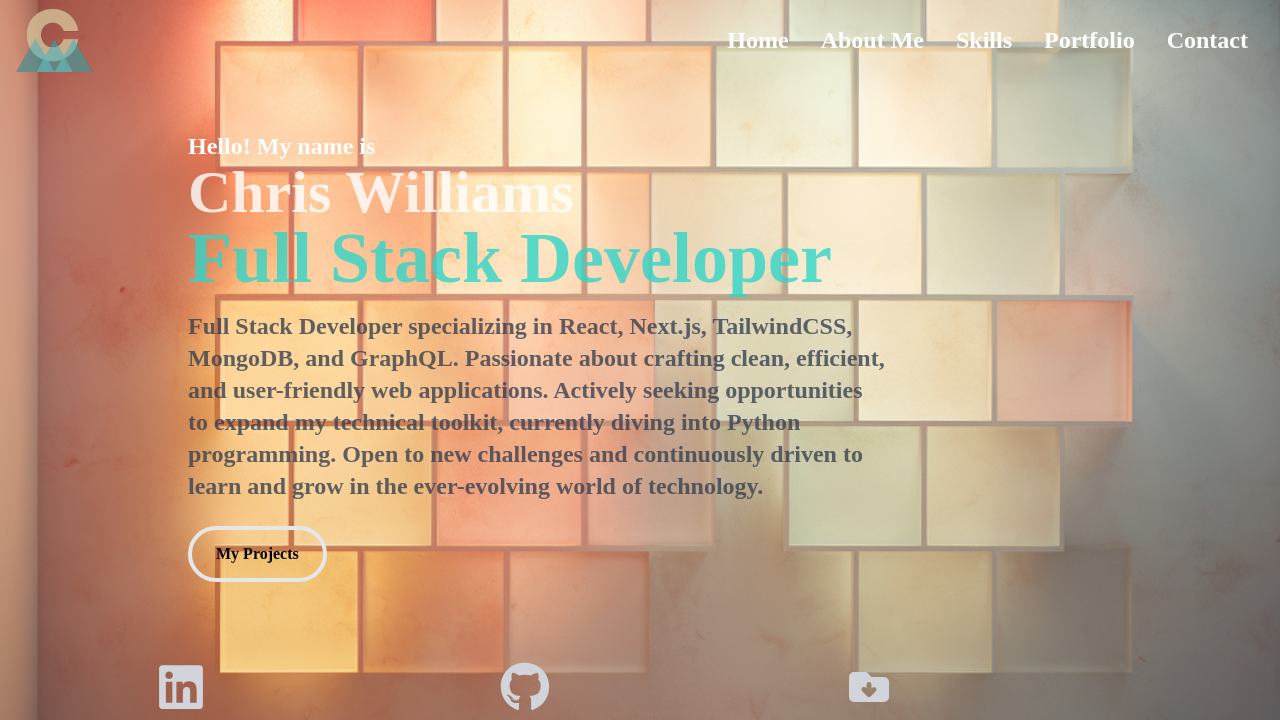
Repository: ChrisT303/portfolio-react
Page: /
These files come from the project's save history. The page is drawn as it stood at one moment and after the next save; the edit follows.
The browser window is 1280 px wide. The pictures show the whole page.
The project was rebuilt for these pictures with package versions that can differ from the ones it lists, and the page was loaded fresh each time. Also part of the build but not shown: src/components/AboutMe.js, src/data/LogoData.js, src/components/Experience.js, src/components/Modal.js, src/components/Contact.js, src/data/ProjectData.js, src/components/Work.js.

Above is the page before, as saved 2023-09-28 17:48:38.

### src/index.css
@tailwind base;
@tailwind components;
@tailwind utilities;

@import url("https://fonts.googleapis.com/css2?family=Raleway:wght@300;400;500;600;700;800;900&display=swap");

@layer base {
  body {
    @apply font-[Raleway];
  }
  li {
    @apply px-4;
    @apply cursor-pointer;
  }
}

.nav-hover {
  @apply hover:animate-pulse hover:text-[#30D5C8];
}

.text-main {
  @apply text-[#212020];
}

.peach {
  @apply text-[#212020] text-opacity-80;
}

.bdr {
  @apply border-[#30D5C8];
}

.form-bg {
  @apply bg-[#ccd6f6];
}

.hero-btn {
  @apply text-black font-bold border-4 rounded-full px-6 py-3 my-2 flex items-center hover:animate-pulse duration-100 hover:bg-[#30D5C8] hover:border-[#3e7a7a] hover:font-black;
}

.con-btn {
  @apply text-main border-2 hover:bg-[#30D5C8] hover:border-[#3e7a7a] hover:font-bold px-4 py-3 my-8 mx-auto flex items-center;
}
.modal-btn {
  @apply text-black border-4 rounded-lg hover:bg-[#30D5C8] hover:border-[#3e7a7a] hover:font-bold px-3 py-2 my-8 mx-auto flex justify-between items-center;
}

@media (min-width: 768px) {
  .hovereffect {
    width: 100%;
    height: 400px;
    float: left;
    overflow: hidden;
    position: relative;
    text-align: center;
    cursor: default;
  }

  .hovereffect .overlay {
    width: 100%;
    height: 100%;
    position: absolute;
    overflow: hidden;
    left: 0;
    background-color: rgba(255, 255, 255, 0.7);
    top: -200px;
    opacity: 0;
    filter: alpha(opacity=0);
    -webkit-transition: all 0.1s ease-out 0.5s;
    transition: all 0.1s ease-out 0.5s;
    display: flex;
    flex-direction: column;
    justify-content: center;
    align-items: center;
    gap: 20px;

  }

  .hovereffect:hover .overlay {
    opacity: 1;
    filter: alpha(opacity=100);
    top: 0px;
    -webkit-transition-delay: 0s;
    transition-delay: 0s;
  }

  .hovereffect img {
    display: block;
    position: relative;
  }

  .hovereffect h2 {
    text-transform: uppercase;
    color: #feb8c5;
    text-align: center;
    position: relative;
    font-size: 17px;
    padding: 10px;
    background: rgba(0, 0, 0, 0.6);
    -webkit-transform: translateY(-200px);
    -ms-transform: translateY(-200px);
    transform: translateY(-200px);
    -webkit-transition: all ease-in-out 0.1s;
    transition: all ease-in-out 0.1s;
    -webkit-transition-delay: 0.3s;
    transition-delay: 0.3s;
  }

  .hovereffect:hover h2 {
    -webkit-transform: translateY(0px);
    -ms-transform: translateY(0px);
    transform: translateY(0px);
    -webkit-transition-delay: 0.3s;
    transition-delay: 0.3s;
  }

  .hovereffect a.info {
    display: inline-block;
    text-decoration: none;
    padding: 7px 14px;
    text-transform: uppercase;
    margin: 50px 20px 0 0;
    background-color: transparent;
    -webkit-transform: translateY(-200px);
    -ms-transform: translateY(-200px);
    transform: translateY(-200px);
    color: #000;
    border: 1px solid #000;
    -webkit-transition: all ease-in-out 0.3s;
    transition: all ease-in-out 0.3s;
  }

  .hovereffect a.info:hover {
    box-shadow: 0 0 5px #fff;
  }

  .hovereffect:hover a.info {
    -webkit-transform: translateY(0px);
    -ms-transform: translateY(0px);
    transform: translateY(0px);
    box-shadow: 0 0 5px #000;
    color: #000;
    border: 1px solid #000;
    -webkit-transition-delay: 0.3s;
    transition-delay: 0.3s;
  }
}

a.info:hover {
  color: #6cc644;
}

.bounce {
  display: inline-block;
  position: relative;
  -moz-animation: bounce 0.5s infinite linear;
  -o-animation: bounce 0.5s infinite linear;
  -webkit-animation: bounce 0.5s infinite linear;
  animation: bounce 0.5s infinite linear;
}

.backdrop {
  position: fixed;
  top: 0;
  left: 0;
  width: 100%;
  height: 100vh;
  z-index: 10;
  background: rgba(0, 0, 0, 0.75);
}

.modalPos {
  position: fixed;
  top: 30vh;
  left: 10%;
  width: 80%;
  z-index: 100;
  overflow: hidden;
}

.header {
  background: #31708e;
  padding: 1rem;
}

.header h2 {
  margin: 0;
  color: white;
  font-weight: bold;
}

.content {
  display: flex;
  justify-content: space-between;
  padding: 1rem;
  background: white;
}

.actions {
  padding: 1rem;
  display: flex;
  justify-content: flex-end;
}

.project-image {
  width: 100%;
  height: 400px;
  object-fit: cover;
}

.button-container {
  display: flex;
  justify-content: center;
  gap: 20px;
  margin-top: 20px;
}

.tech-container {
  display: flex;
  justify-content: center;
  gap: 5px;
  flex-wrap: wrap;
}

.tooltip {
  visibility: hidden;
  background-color: #555;
  color: #fff;
  text-align: center;
  padding: 5px 10px;
  border-radius: 6px;
  position: absolute;
  z-index: 1;
  bottom: 100%;
  left: 50%;
  margin-left: -60px;
  opacity: 0;
  transition: opacity 0.3s;
}

.tooltip::after {
  content: "";
  position: absolute;
  top: 100%;
  left: 50%;
  margin-left: -5px;
  border-width: 5px;
  border-style: solid;
  border-color: #555 transparent transparent transparent;
}

.container:hover .tooltip {
  visibility: visible;
  opacity: 1;
}



@media (min-width: 768px) {
  .modalPos {
    left: calc(50% - 20rem);
    width: 40rem;
  }
}

@media (max-width: 768px) {
  footer {
    display: none;
  }
}

### src/App.js

import Navigation from "./components/Navigation";
import Hero from "./components/Hero";
import AboutMe from "./components/AboutMe";
// import Footer from "./components/Footer";
import Experience from "./components/Experience";
import Contact from "./components/Contact";
import Work from "./components/Work";
import React from "react";
import { HashRouter as Router, Routes, Route } from "react-router-dom";


const App = () => {
  return (
    <Router>
      <Navigation />
      <Routes>
        <Route path="/" element={<Hero />} />
        <Route path="/about" element={<AboutMe />} />
        <Route path="/experience" element={<Experience />} />
        <Route path="/work" element={<Work />} />
        <Route path="/contact" element={<Contact />} />
      </Routes>
      {/* <Footer /> */}
    </Router>
  );
};



export default App;

### src/components/Navigation.js
import React, { useState } from "react";
import { NavLink } from "react-router-dom";
import { FaBars, FaTimes } from "react-icons/fa";
import Logo from "../assets/newlogo.png";
import Footer from "./Footer";

const Navigation = () => {
  const [nav, setNav] = useState(false);
  const handleClick = () => setNav(!nav);

  return (
    <div className="fixed w-full h-[80px] flex justify-between items-center px-4 bg-inherit text-main text-2xl font-semibold z-10">
      <div>
        <img src={Logo} alt="Logo" className="hidden md:flex h-16" />
      </div>
      <ul className="hidden md:flex">
        <li>
          <NavLink to="/" className="nav-hover text-white">
            Home
          </NavLink>
        </li>
        <li>
          <NavLink to="/about" className="nav-hover text-white">
            About Me
          </NavLink>
        </li>
        <li>
          <NavLink to="/experience" className="nav-hover text-white">
            Skills
          </NavLink>
        </li>
        <li>
          <NavLink to="/work" className="nav-hover text-white">
            Portfolio
          </NavLink>
        </li>
        <li>
          <NavLink to="/contact" className="nav-hover text-white">
            Contact
          </NavLink>
        </li>
      </ul>

      <div onClick={handleClick} className="md:hidden z-100">
        {!nav ? <FaBars /> : <FaTimes />}
      </div>
      <ul
        className={
          !nav
            ? "hidden"
            : "absolute top-0 left-0 w-full h-screen main flex flex-col justify-center items-center bg-black md:bg-black "
        }
      >
        <li className="py-6 text-4xl">
          <NavLink
            onClick={handleClick}
            to="/"
            className="nav-hover text-white"
          >
            Home
          </NavLink>
        </li>
        <li className="py-6 text-4xl">
          <NavLink
            onClick={handleClick}
            to="/about"
            className="nav-hover text-white"
          >
            About Me
          </NavLink>
        </li>
        <li className="py-6 text-4xl">
          <NavLink
            onClick={handleClick}
            to="/experience"
            className="nav-hover text-white"
          >
            Skills
          </NavLink>
        </li>
        <li className="py-6 text-4xl">
          <NavLink
            onClick={handleClick}
            to="/work"
            className="nav-hover text-white"
          >
            Portfolio
          </NavLink>
        </li>
        <li className="py-6 text-4xl">
          <NavLink
            onClick={handleClick}
            to="/contact"
            className="nav-hover text-white"
          >
            Contact
          </NavLink>
        </li>
        {nav && <Footer hideOnMobile={!nav} />}
      </ul>
    </div>
  );
};

export default Navigation;

### src/components/Hero.js
import React from "react";
import { NavLink } from "react-router-dom";
import Footer from "./Footer";

const Hero = () => {
  return (
    <div className="w-full h-screen  bg-eyes  bg-cover bg-center">
      <div className="max-w-[1000px] mx-auto px-12 flex flex-col justify-center  h-full">
        <p className="text-white text-2xl font-bold "> Hello! My name is </p>
        <h1 className="text-3xl sm:text-6xl font-bold text-white text-opacity-80">
          Chris Williams
        </h1>
        <h2 className="text-3xl sm:text-7xl font-bold text-[#30D5C8] text-opacity-80">
          Full Stack Developer
        </h2>
        <p className="text-gray-700 font-bold py-4 text-l sm:text-2xl max-w-[700px] text-opacity-80">
        Full Stack Developer specializing in React, Next.js, TailwindCSS, MongoDB, and GraphQL. Passionate about crafting clean, efficient, and user-friendly web applications. Actively seeking opportunities to expand my technical toolkit, currently diving into Python programming. Open to new challenges and continuously driven to learn and grow in the ever-evolving world of technology.

        </p>
        <div className="text-white">
          <button className="hero-btn">
            <NavLink to="/work">My Projects</NavLink>
          </button>
        </div>
      </div>
      <Footer />
    </div>
  );
};

export default Hero;

### src/components/Footer.js
import React from "react";
import { FaLinkedin, FaGithub } from "react-icons/fa";
import { HiFolderDownload } from "react-icons/hi";

const Footer = ({ hideOnMobile = false }) => {
  if (hideOnMobile) {
    return null;
  }

  return (
    <footer className="bg-inherit fixed bottom-0 left-0 w-full ">
      <div>
        <div>
          <div className="max-w-[1000px] mx-auto pt-4 pb-2">
            <ul className="w-full space-y-2 grid grid-cols-3 auto-cols-max mb-0 gap-8 justify-center">
              <li>
                <a
                  href="https://www.linkedin.com/in/christopher-williams-368b29201/"
                  className="text-gray-300 group hover:text-[#0072b1]"
                >
                  <h2 className="invisible md:group-hover:visible md:group-hover:animate-bounce pt-2">
                    LinkedIn
                  </h2>
                  <FaLinkedin size={50} />
                </a>
              </li>
              <li>
                <a
                  href="https://github.com/deftonechris"
                  className="text-gray-300 group hover:text-[#6cc644]"
                >
                  <h2 className="invisible md:group-hover:visible md:group-hover:animate-bounce">
                    GitHub
                  </h2>
                  <FaGithub size={50} />
                </a>
              </li>
              <li>
                <a
                  href="https://drive.google.com/file/d/1F9QXAFgH3DuC2GkPuuiRkouwcBjN8J8z/view?usp=drive_link"
                  className="text-gray-300 group hover:text-red-600"
                >
                  <h2 className="invisible md:group-hover:visible md:group-hover:animate-bounce">
                    Resume
                  </h2>
                  <HiFolderDownload size={50} />
                </a>
              </li>
            </ul>
          </div>
        </div>
      </div>
    </footer>
  );
};

export default Footer;

### tailwind.config.js
/** @type {import('tailwindcss').Config} */
module.exports = {
  content: ["./src/**/*.{js,jsx,ts,tsx}"],
  theme: {
    extend: {
      backgroundImage: {
        eyes: "url('./assets/wallPatern.png')",
      },
    },
  },
  plugins: [],
};

Loaded but not shown: public/index.html (common file); src/index.js (common file)

After the next save:
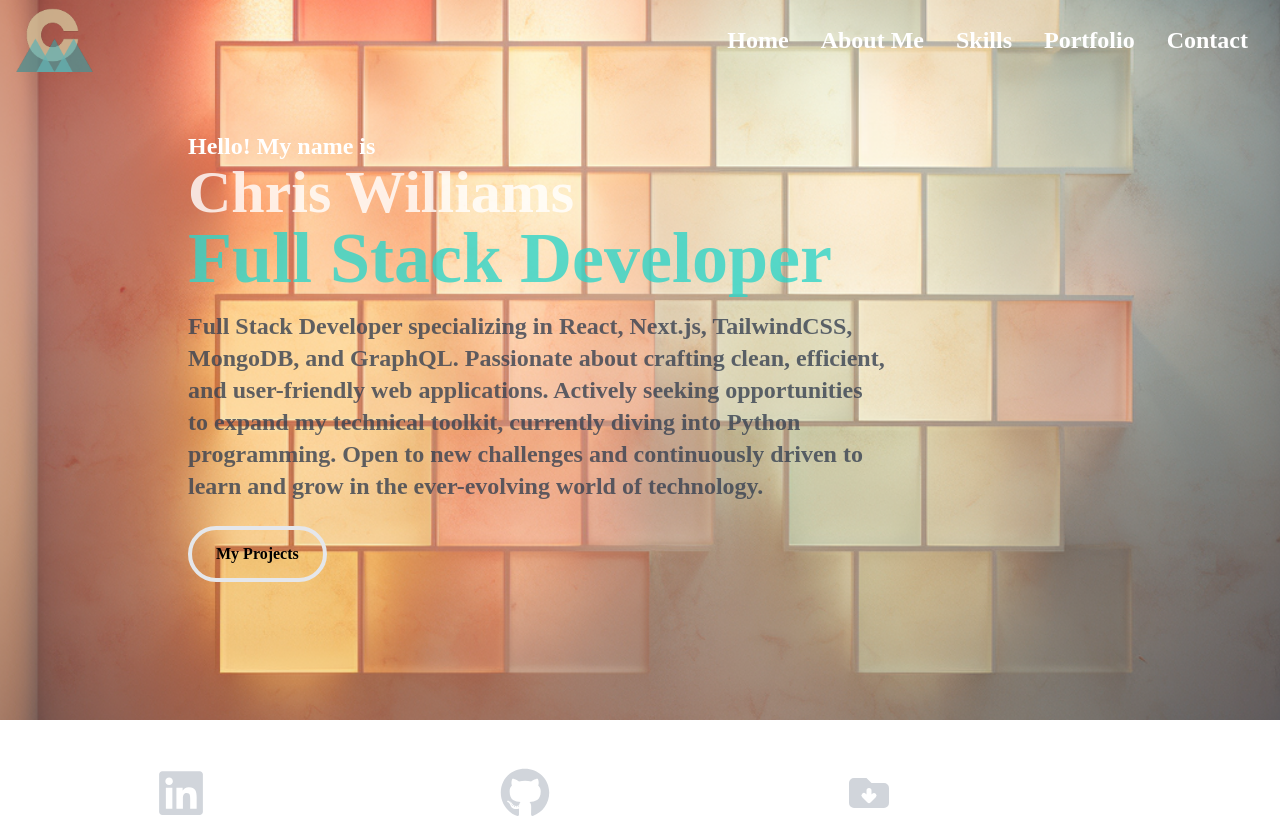
Saved 25 s later.
--- a/src/components/Footer.js
+++ b/src/components/Footer.js
@@ -8,7 +8,7 @@
   }
 
   return (
-    <footer className="bg-inherit fixed bottom-0 left-0 w-full ">
+    <footer className="bg-inherit  bottom-0 left-0 w-full ">
       <div>
         <div>
           <div className="max-w-[1000px] mx-auto pt-4 pb-2">

After the save that followed:
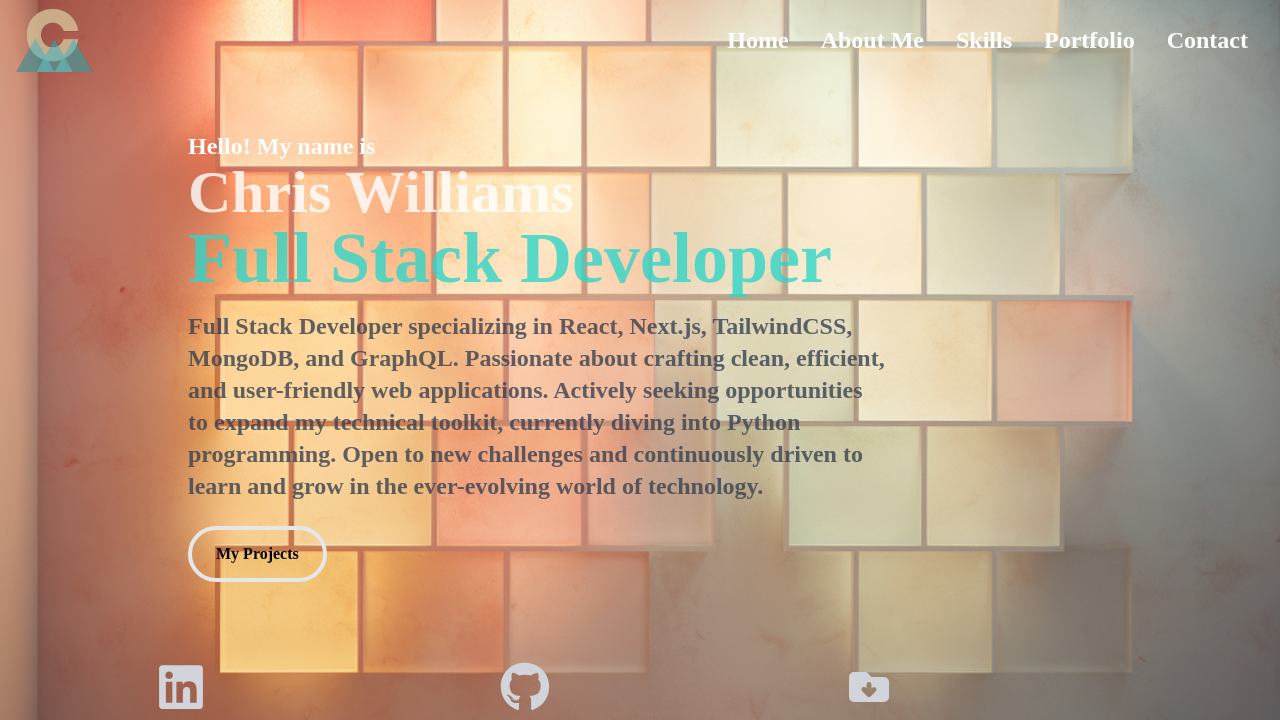
Saved 8 s later.
--- a/src/components/Footer.js
+++ b/src/components/Footer.js
@@ -8,7 +8,7 @@
   }
 
   return (
-    <footer className="bg-inherit  bottom-0 left-0 w-full ">
+    <footer className="bg-inherit fixed bottom-0 left-0 w-full ">
       <div>
         <div>
           <div className="max-w-[1000px] mx-auto pt-4 pb-2">
